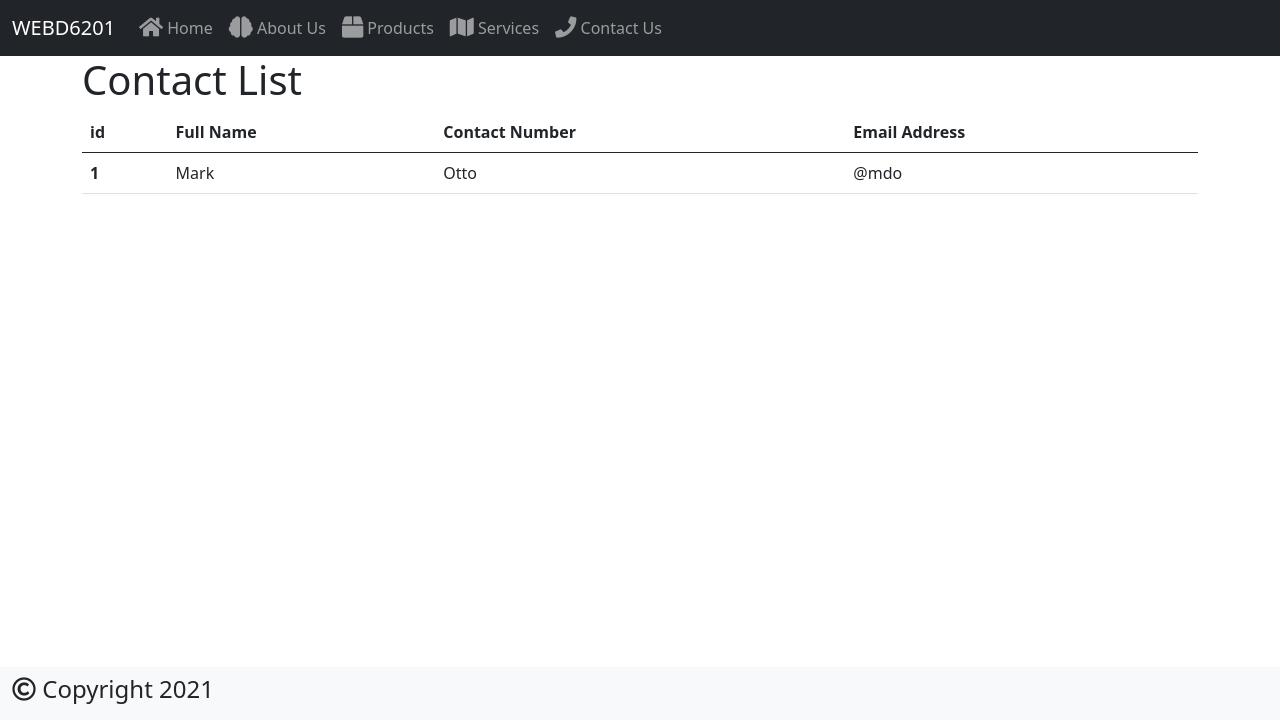
Repository: AshokSasi/WEBD6201-Week3
Page: contact-list.html
The author's editor kept a copy of each file at every save. The page is drawn from the files as they stood at one save, then again after the next save.
The browser window is 1280 px wide. The pictures show the whole page.

Above is the page before, as saved 2021-01-28 10:31:33.

### contact-list.html
<!DOCTYPE html>
<html lang="en">
<head>
    <meta charset="UTF-8">
    <meta name="viewport" content="width=device-width, initial-scale=1.0">
    <title>Contact-List</title>
    <!-- CSS Section-->
    <link rel="stylesheet" href="./Content/app.css">
    <link rel="stylesheet" href="./node_modules/bootstrap/dist/css/bootstrap.min.css">
    <link rel="stylesheet" href="./node_modules/@fortawesome/fontawesome-free/css/all.min.css">
</head>
<body>
  <!-- Main Header -->
    <header>
      <!--main navbar-->
        <nav class="navbar navbar-expand-lg navbar-dark bg-dark">
            <div class="container-fluid">
              <a class="navbar-brand" href="index.html">WEBD6201</a>
              <button class="navbar-toggler" type="button" data-bs-toggle="collapse" data-bs-target="#navbarSupportedContent" aria-controls="navbarSupportedContent" aria-expanded="false" aria-label="Toggle navigation">
                <span class="navbar-toggler-icon"></span>
              </button>
              <div class="collapse navbar-collapse" id="navbarSupportedContent">
                <ul class="navbar-nav me-auto mb-2 mb-lg-0">
                  <li class="nav-item">
                    <a class="nav-link" aria-current="page" href="index.html"><i class="fas fa-home fa-lg"></i> Home</a>
                  </li>
                  <li class="nav-item">
                    <a class="nav-link" aria-current="page" href="about.html"><i class="fas fa-brain fa-lg"></i> About Us</a>
                  </li>
                  <li class="nav-item">
                    <a class="nav-link" aria-current="page" href="products.html"><i class="fas fa-box fa-lg"></i> Products</a>
                  </li>
                  <li class="nav-item">
                    <a class="nav-link" aria-current="page" href="services.html"><i class="fas fa-map fa-lg"></i> Services</a>
                  </li>
                  <li class="nav-item">
                    <a class="nav-link" aria-current="page" href="contact.html"><i class="fas fa-phone fa-lg"></i> Contact Us</a>
                  </li>
                </ul>

              </div>
            </div>
          </nav>
    </header>

    <!-- Main Content-->
    <main class="container">
        <h1>Contact List</h1>

        <div class="row">
            <div class="col">
                <table class="table">
                    <thead>
                      <tr>
                        <th scope="col">id</th>
                        <th scope="col">Full Name</th>
                        <th scope="col">Contact Number</th>
                        <th scope="col">Email Address</th>
                      </tr>
                    </thead>
                    <tbody>
                      <tr>
                        <th scope="row">1</th>
                        <td>Mark</td>
                        <td>Otto</td>
                        <td>@mdo</td>
                      </tr>
                    </tbody>
                  </table>
            </div>
        </div>

    </main>

    <!--Main Footer Nav -->
    <footer>
        <nav class="navbar fixed-bottom navbar-light bg-light">
            <div class="container-fluid">
              <h4><i class="far fa-copyright"></i> Copyright 2021</h4>
            </div>
          </nav>
    </footer>

    <!--Javascript section-->
    <script src="./Scripts/contact.js"></script>
    <script src="./Scripts/app.js"></script>
    <script src="./node_modules/jquery/dist/jquery.min.js"></script>

    <script src="./node_modules/bootstrap/dist/js/bootstrap.bundle.min.js"></script>
</body>
</html>

### Scripts/contact.js
"use strict";
class Contact
{
    //getters and setters
    get FullName()
    {
      return this.m_fullName;
    }
    set FullName(value)
    {
      this.m_fullName = value;
    }
    //get/set contact number
    get ContactNumber()
    {
      return this.m_contactNumber;
    }
    set ContactNumber(value)
    {
      this.m_contactNumber = value;
    }
    //get/set email
    get EmailAddress()
    {
      return this.m_emailAddress;
    }
    set EmailAddress(value)
    {
      this.m_emailAddress = value;
    }

    //Constructor
    /**
     * Contact Class Constructor
     *
     * @param {string} [fullName=""] the user's full name
     * @param {string} [contactNumber=""] The user's contact number
     * @param {string} [emailAddress=""] The user's email address
     * @memberof Contact
     */
    constructor(fullName = "", contactNumber = "", emailAddress = "") {
      this.m_fullName = fullName;
      this.m_contactNumber = contactNumber;
      this.m_emailAddress = emailAddress;
    }

    //Methods

   /**
    *This method overrides the built in toString method for the Contact class
    *
    * @return {string}
    *
    */
   toString()
   {
     return `Full Name     : ${this.m_fullName} \nContact Number: ${this.m_contactNumber}\nEmail Address : ${this.m_emailAddress}`;
   }

   /**
    * This method returns a JSON object made up of the properties of the Contact class
    *
    * @returns {Object}
    */
   toJSON()
   {
     return {
       "fullName": this.fullName,
       "contactNumber": this.contactNumber,
       "emailAddress": this.emailAddress
     }
   }

   /**
    *This Method converts the Contact into a comma separated value string
    *
    * @return {string}
    *
    */
   serialize()
    {
      if(fullName.value!== "" && contactNumber.value !== "" && emailAddress.value !== "")
      {
      return `${this.m_fullName},${this.m_contactNumber},${this.m_emailAddress}`;
      }
      else
      {
        console.error("One or more properties of the Contact is empty");
        return null;
      }
    }

    /**
     *This method takes a comma separated data string and assigns the values to the Contact class properties
     *
     * @param {string} data
     * @returns {void}
     */
    deserialize(data)
    {
      let propertyArray = data.split(",");
      this.firstName = propertyArray[0];
      this.contactNumber = propertyArray[1];
      this.emailAddress = propertyArray[2];
    }

  }

### Scripts/app.js

//IIFE Immediately Function Expression
//AKA - Anonymous Self- Executing Function
//Closure - Limits scop leak

"use strict";

let myContact =
{
  "fullName":"Tom Smith",
  "contactNumber":"5647891234",
  "emailAddress":"tom@example.com",
  "saysHello": function()
  {
    console.log(`${fullName} says Hello!`);
  },
  "someOtherObject":
  {
    "friendsList" : [
      "Peter Parker", "Tony Stark", "Stephen Strange"
    ]
  }
};

(function()
{
    function displayHome()
    {
        let paragraphOneText =
          "This is a simple site to demonstrate DOM manipulation for ICE 1";

        let paragraphOneElement = document.getElementById("paragraphOne");

        paragraphOneElement.textContent = paragraphOneText;
        paragraphOneElement.className = "fs-5";

        // Step 1: document.createElement
        let newParagraph = document.createElement("p");
        // Step 2: Configure the element
        newParagraph.setAttribute("id", "paragraphTwo");
        newParagraph.textContent = "... And this is paragraph two";
        // Step 3: Select the parent element
        let mainContent = document.getElementsByTagName("main")[0];
        // Step4: Add/Insert the element
        mainContent.appendChild(newParagraph);

        newParagraph.className = "fs-6";

        //another way of injecting content
        let paragraphDiv = document.createElement("div");
        let paragraphThree = `<p id="paragraphThree" class="fs-7 fw-bold">And this is the third paragraph</p>`;
        paragraphDiv.innerHTML = paragraphThree;

        //example of inserting before a node.
        //  newParagraph.before(paragraphDiv)

        //example of inserting after a node.
        newParagraph.after(paragraphDiv);

        //delete elements
        //paragraphOneElement.remove();

        //example of remove child
        mainContent.removeChild(paragraphOneElement);

        //update / modification
        // mainContent.firstElementChild.textContent = "Welcome Home";

        mainContent.innerHTML = `<h1 id="firstHeading">Welcome to WEBD6201 - ICE 1</h1>
     <p id="paragraphOne" class="fs-3 fw-bold">This is my first paragraph</p>
     `;

    }

    function displayAbout()
    {

    }

    function displayProducts()
    {

    }

    function displayServices()
    {

    }

    function displayContact()
    {
        let messageArea = document.getElementById("messageArea");
        messageArea.hidden = true;

        //form validation
        let fullName = document.getElementById("fullName");
        fullName.addEventListener("blur", function(){

            if(fullName.value.length <= 2)
            {
                fullName.focus();
                fullName.select();
                messageArea.hidden = false;
                messageArea.className = "alert alert-danger";
                messageArea.textContent = "Full Name must be greater than 2 characters"
            }
            else
            {
                messageArea.removeAttribute("class");
                messageArea.hidden = true;
            }

        });

        let sendButton = document.getElementById("sendButton");
        sendButton.addEventListener("click", function(event){
           //event.preventDefault();



          let contact = new Contact(fullName.value, contactNumber.value, emailAddress.value);

          if(contact.serialize() !== null)
          {
            localStorage.setItem((localStorage.length + 1).toString(), contact.serialize());
          }


        });
    }

    function displayContactList()
    {

    }

    function Start()
    {
        console.log("App started ...");
        console.log(document.title);
        switch (document.title)
        {
          case "Home":
              displayHome();
            break;
          case "About":
              displayAbout();
            break;
          case "Products":
              displayProducts();
            break;
          case "Services":
              displayServices();
            break;
          case "Contact Us":
              displayContact();
            break;
            case "Contact-List":
              displayContactList();
            break;
        }


    }
    window.addEventListener("load", Start);
})();

Loaded but not shown: node_modules/bootstrap/dist/css/bootstrap.min.css (library); node_modules/@fortawesome/fontawesome-free/css/all.min.css (library); node_modules/jquery/dist/jquery.min.js (library); node_modules/bootstrap/dist/js/bootstrap.bundle.min.js (library); Content/app.css (no stored copy; drawn as an empty file)

After the next save:
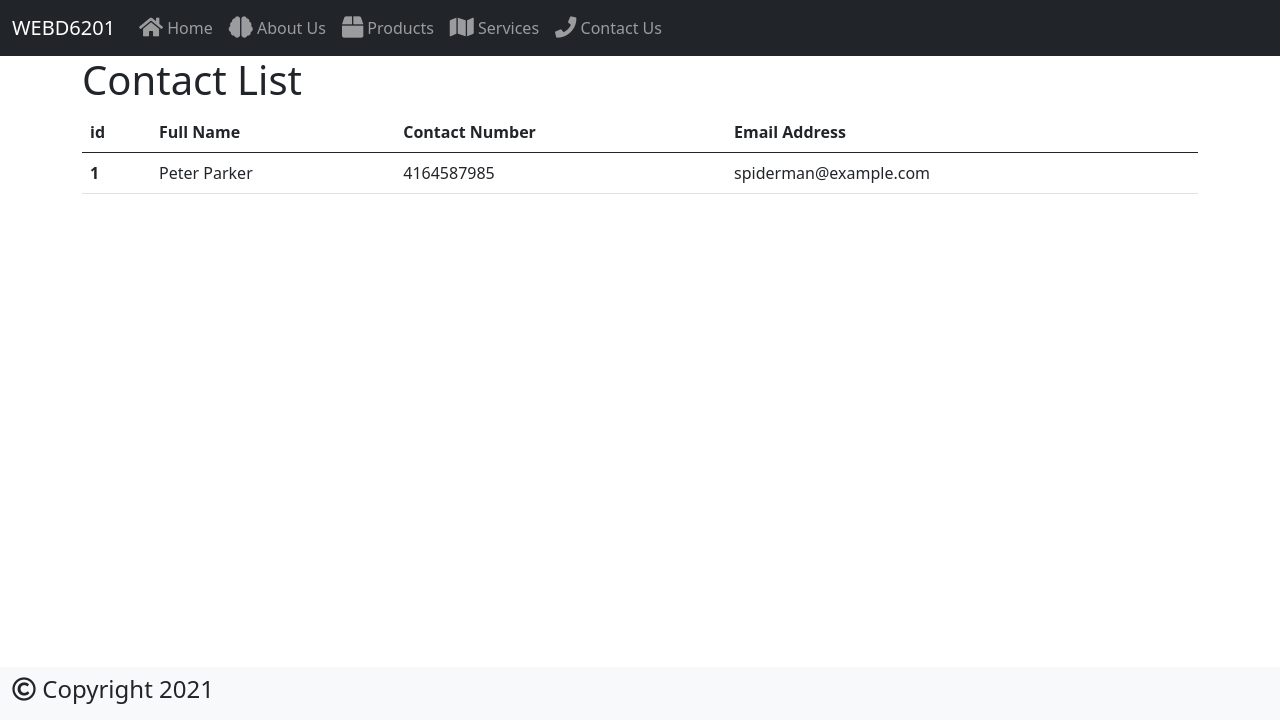
Saved 30 s later.
--- a/contact-list.html
+++ b/contact-list.html
@@ -61,9 +61,9 @@
                     <tbody>
                       <tr>
                         <th scope="row">1</th>
-                        <td>Mark</td>
-                        <td>Otto</td>
-                        <td>@mdo</td>
+                        <td>Peter Parker</td>
+                        <td>4164587985</td>
+                        <td>spiderman@example.com</td>
                       </tr>
                     </tbody>
                   </table>
